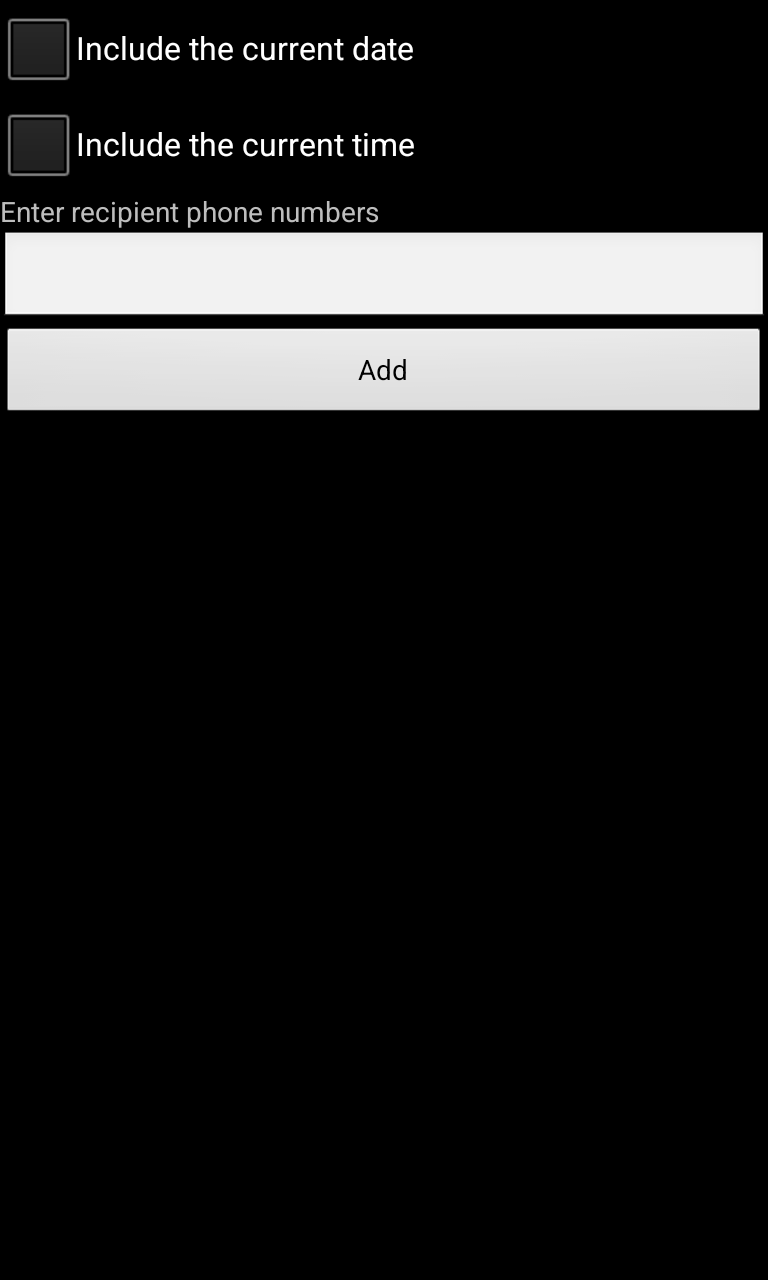
Repository: RaabsIn513/eclipse_workspace
Layout: SAS_revA/res/layout/main_sms_settings.xml
The author's editor kept a copy of each file at every save. The layout is drawn from the files as they stood at one save, then again after a run of saves.
It is drawn on a 768 x 1280 px phone screen (xhdpi) without system bars, with theme android:Theme; the app's code is not run. Lists and similar views that code fills are empty.

Above is the layout before, as saved 2012-02-19 20:51:28.

After the next 2 saves:
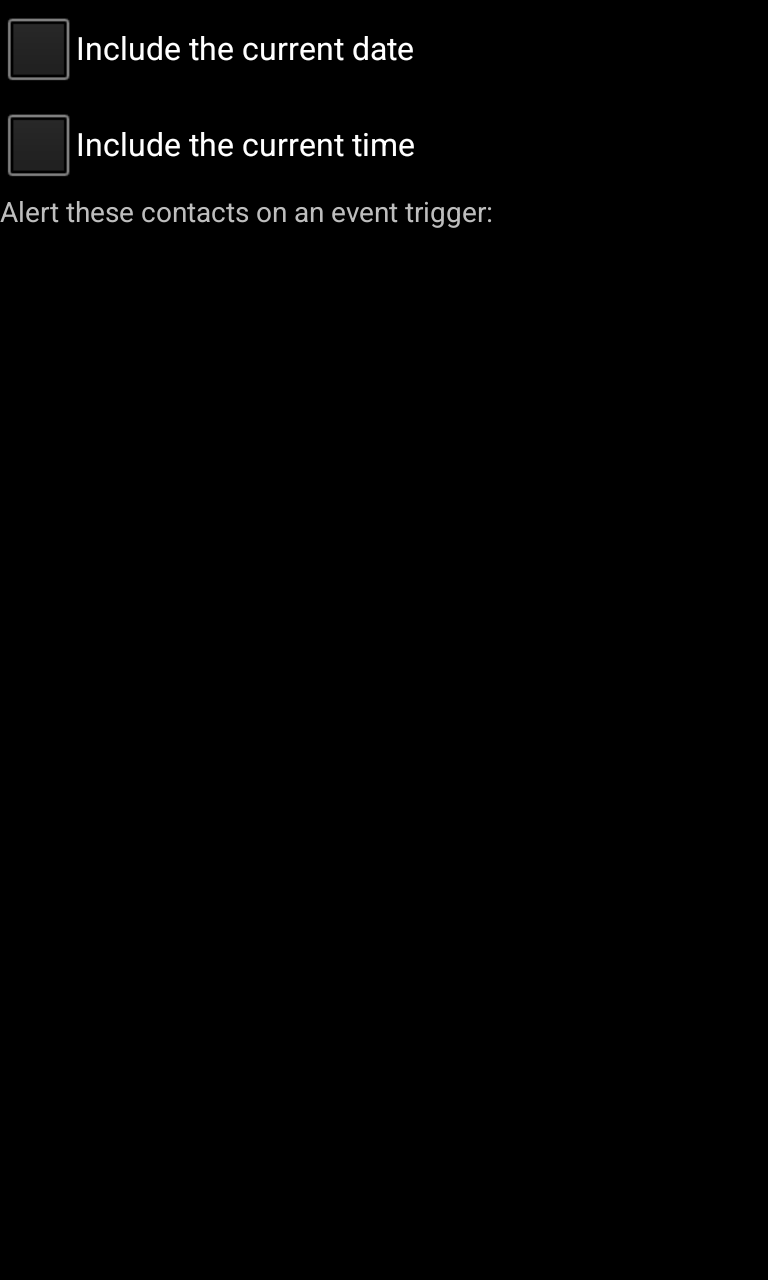
The 2 saves are shown as one change because they came seconds apart.
The last was saved 76 s later.
--- a/SAS_revA/res/layout/main_sms_settings.xml
+++ b/SAS_revA/res/layout/main_sms_settings.xml
@@ -17,20 +17,8 @@
 	<TextView
         android:layout_width="fill_parent"
         android:layout_height="wrap_content"
-        android:text="Enter recipient phone numbers" />
+        android:text="Alert these contacts on an event trigger:" />
 
-	<EditText
-	    android:id="@+id/txtBoxNumber"
-	    android:layout_width="fill_parent"
-	    android:layout_height="wrap_content"
-	    android:inputType="phone" >
-	</EditText>
-
-	<Button
-        android:id="@+id/btnAddToList"
-        android:layout_width="fill_parent"
-        android:layout_height="wrap_content"
-        android:text="Add" />
 
 	<ListView
 	    android:id="@+id/listNumbers"
